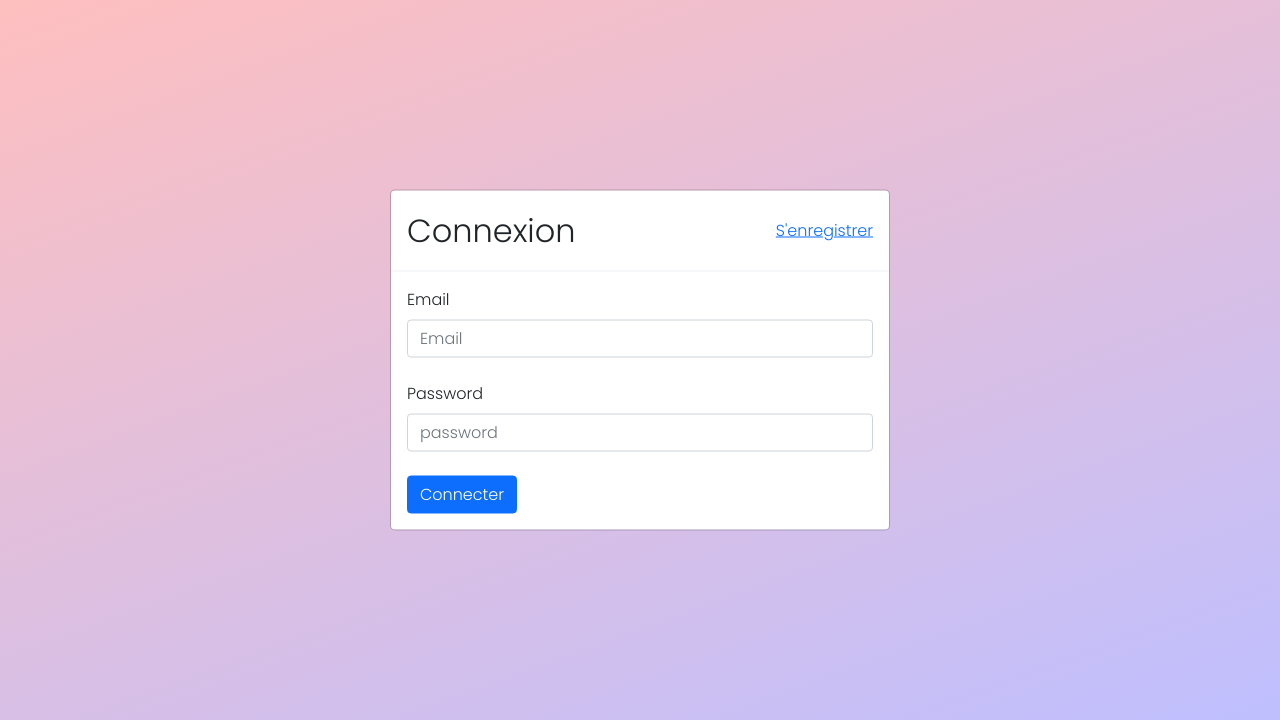
Repository: FS-23/react-task-manager
Page: /
An editor plug-in stored every save of this project. The page is shown before and after the next save, followed by the edit.
The browser window is 1280 px wide. The pictures show the whole page.
The project was rebuilt for these pictures with package versions that can differ from the ones it lists, and the page was loaded fresh each time. Also part of the build but not shown: src/components/TaskList.js.

Above is the page before, as saved 2022-05-12 15:18:33.

After the next save:
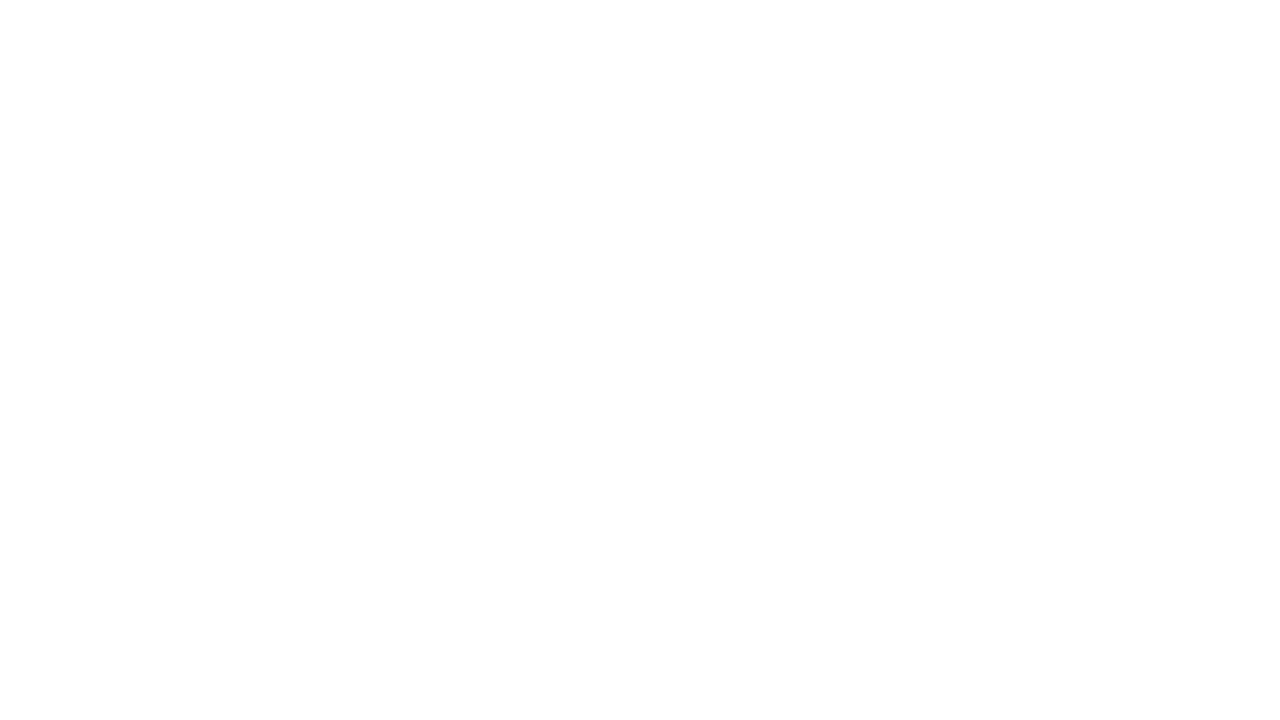
Saved 33 s later.
--- a/src/App.js
+++ b/src/App.js
@@ -6,7 +6,8 @@
 function App() {
   return (
     <div className="App">
-         <Login className="d-none"/>
+      <div className="d-none"><Login/></div>
+
 
     </div>
   );

After the save that followed:
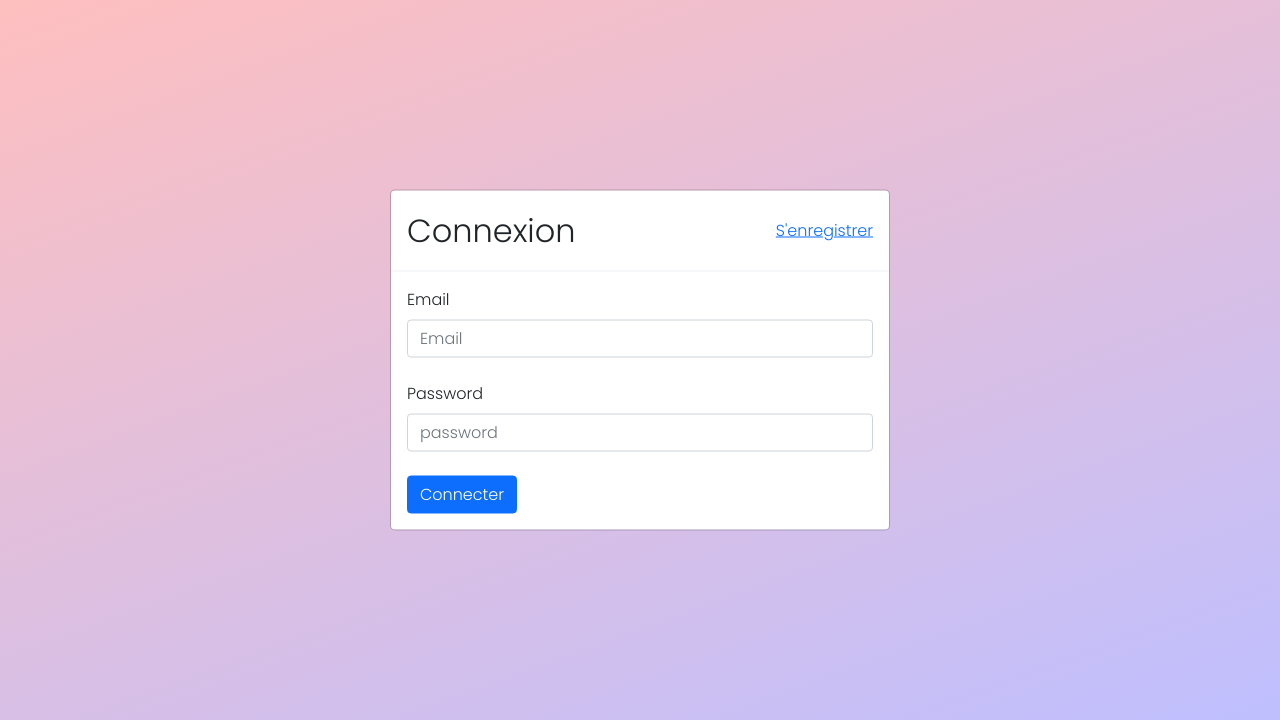
Saved 17 s later.
--- a/src/App.js
+++ b/src/App.js
@@ -6,7 +6,7 @@
 function App() {
   return (
     <div className="App">
-      <div className="d-none"><Login/></div>
+      <div><Login  className="d-none"/></div>
 
 
     </div>
